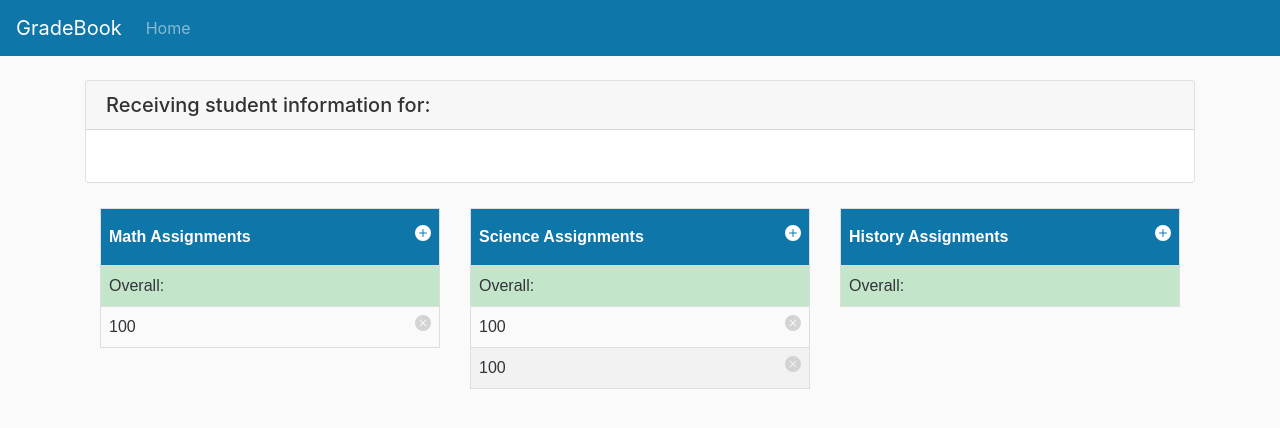
Repository: lamichhanemahesh/JUNIT-Mockito
Page: http://localhost/studentInformation
The author's editor kept a copy of each file at every save. The page is drawn from the files as they stood at one save, then again after the next save.
The browser window is 1280 px wide. The pictures show the whole page.
Some web libraries are served in a nearby version. The page is this project's Thymeleaf template; nobody is signed in. The template is opened directly, without the code that normally fills it, so the values that code supplies are empty.

Above is the page before, as saved 2023-06-10 08:54:35.

### 4.Testing Spring Boot MVC Web Apps/src/main/resources/templates/studentInformation.html
<!DOCTYPE html>
<html xmlns:th="http://www.thymeleaf.org">
<head>
<!-- Required meta tags -->
<meta charset="utf-8">
<meta name="viewport"
	content="width=device-width, initial-scale=1, shrink-to-fit=no">
<meta charset="ISO-8859-1">
<title>Grade Book App</title>

<link rel="stylesheet"
	href="https://maxcdn.bootstrapcdn.com/bootstrap/4.0.0/css/bootstrap.min.css"
	integrity="sha384-Gn5384xqQ1aoWXA+058RXPxPg6fy4IWvTNh0E263XmFcJlSAwiGgFAW/dAiS6JXm"
	crossorigin="anonymous">

<link rel="stylesheet" th:href="@{/cssandjs/main.css}" />
</head>
<body>
	<nav class="navbar navbar-expand-md navbar-dark main-color fixed-top">
		<a class="navbar-brand" href="/">GradeBook</a>
		<button class="navbar-toggler" type="button" data-toggle="collapse"
			data-target="#navbarNav" aria-controls="navbarNav"
			aria-expanded="false" aria-label="Toggle navigation">
			<span class="navbar-toggler-icon"></span>
		</button>
		<div class="collapse navbar-collapse" id="navbarNav">
			<ul class="navbar-nav">
				<li class="nav-item"><a class="nav-link" href="/">Home </a></li>
			</ul>
		</div>
	</nav>

	<div class="container">
		<div class="card">
			<h5 class="card-header">Receiving student information for:</h5>
			<div class="card-body">
				<h5 class="card-title">
					<span th:text="${student.fullName}"></span>
				</h5>
			</div>
		</div>


		<div class="container">
			<div class="row">
				<div class="col-4">
					<table class="students">
						<tr>
							<th>Math Assignments <svg xmlns="http://www.w3.org/2000/svg"
									width="16" height="16" fill="currentColor"
									class="bi bi-plus-circle-fill float-right pointer"
									viewBox="0 0 16 16" onclick="showOrHideGrade('math')">
                                <path
										d="M16 8A8 8 0 1 1 0 8a8 8 0 0 1 16 0zM8.5 4.5a.5.5 0 0 0-1 0v3h-3a.5.5 0 0 0 0 1h3v3a.5.5 0 0 0 1 0v-3h3a.5.5 0 0 0 0-1h-3v-3z" />
                            </svg>
							</th>
						</tr>
						<tr class="table-success">
							<td><span>Overall:</span> <span th:text="${mathAverage}"></span>
							</td>

						</tr>
						<tr th:each="grade : ${student.studentGrades.mathGradeResults}">

							<td><span th:text="${grade.grade}"></span> <span> <svg
										xmlns="http://www.w3.org/2000/svg" width="16" height="16"
										fill="currentColor"
										class="bi bi-x-circle-fill float-right pointer"
										style="color: #d3d3d3" viewBox="0 0 16 16"
										th:onclick="|deleteMathGrade('${grade.id}');|">
                      <path
											d="M16 8A8 8 0 1 1 0 8a8 8 0 0 1 16 0zM5.354 4.646a.5.5 0 1 0-.708.708L7.293 8l-2.647 2.646a.5.5 0 0 0 .708.708L8 8.707l2.646 2.647a.5.5 0 0 0 .708-.708L8.707 8l2.647-2.646a.5.5 0 0 0-.708-.708L8 7.293 5.354 4.646z" />
                    </svg></span></td>
						</tr>



						<tr>

							<td><span>100</span> <span> <svg
										xmlns="http://www.w3.org/2000/svg" width="16" height="16"
										fill="currentColor"
										class="bi bi-x-circle-fill float-right pointer"
										style="color: #d3d3d3" viewBox="0 0 16 16">
  <path
											d="M16 8A8 8 0 1 1 0 8a8 8 0 0 1 16 0zM5.354 4.646a.5.5 0 1 0-.708.708L7.293 8l-2.647 2.646a.5.5 0 0 0 .708.708L8 8.707l2.646 2.647a.5.5 0 0 0 .708-.708L8.707 8l2.647-2.646a.5.5 0 0 0-.708-.708L8 7.293 5.354 4.646z" />
</svg></span></td>
						</tr>
					</table>
					                <form id = "mathGrade" style="display: none;" method="post" action="/grades">
					                    <div class="form-group">
					                        <label for="grade">Grade</label>
					                       <input type="number" class="form-control" name="grade" placeholder="Enter grade" step="0.01" min="0" max="100">
					                        <small class="form-text text-muted">Enter student's grade.</small>

					                        <input type="number" class="form-control" name="studentId" th:value="${student.id}" style="display: none">

					                        <input type="text" class="form-control" name="gradeType" value="math" style="display: none">
					                    </div>
					                    <button type="submit" class="btn btn-color">Submit</button>
					                </form>



				</div>
				<div class="col-4">
					<table class="students">
						<tr>
							<th>Science Assignments <svg
									xmlns="http://www.w3.org/2000/svg" width="16" height="16"
									fill="currentColor"
									class="bi bi-plus-circle-fill float-right pointer"
									viewBox="0 0 16 16" onclick="showOrHideGrade('science')">
                                <path
										d="M16 8A8 8 0 1 1 0 8a8 8 0 0 1 16 0zM8.5 4.5a.5.5 0 0 0-1 0v3h-3a.5.5 0 0 0 0 1h3v3a.5.5 0 0 0 1 0v-3h3a.5.5 0 0 0 0-1h-3v-3z" />
                            </svg>
							</th>
						</tr>
						<tr class="table-success">
							                     <td><span>Overall:</span> <span th:text="${scienceAverage}"></span> </td>
						</tr>
						                   <tr th:each="grade : ${student.studentGrades.scienceGradeResults}">
						                       <td >
						                           <span th:text="${grade.grade}"></span>-->
						                            <span>	<svg xmlns="http://www.w3.org/2000/svg" width="16" height="16" fill="currentColor" class="bi bi-x-circle-fill float-right pointer" style="color: #d3d3d3" viewBox="0 0 16 16" th:onclick="|deleteScienceGrade('${grade.id}');|">
						  <path d="M16 8A8 8 0 1 1 0 8a8 8 0 0 1 16 0zM5.354 4.646a.5.5 0 1 0-.708.708L7.293 8l-2.647 2.646a.5.5 0 0 0 .708.708L8 8.707l2.646 2.647a.5.5 0 0 0 .708-.708L8.707 8l2.647-2.646a.5.5 0 0 0-.708-.708L8 7.293 5.354 4.646z"/>
						</svg></span>
						                        </td>
						                   </tr>

						<tr>

							<td><span>100</span> <span> <svg
										xmlns="http://www.w3.org/2000/svg" width="16" height="16"
										fill="currentColor"
										class="bi bi-x-circle-fill float-right pointer"
										style="color: #d3d3d3" viewBox="0 0 16 16">
  <path
											d="M16 8A8 8 0 1 1 0 8a8 8 0 0 1 16 0zM5.354 4.646a.5.5 0 1 0-.708.708L7.293 8l-2.647 2.646a.5.5 0 0 0 .708.708L8 8.707l2.646 2.647a.5.5 0 0 0 .708-.708L8.707 8l2.647-2.646a.5.5 0 0 0-.708-.708L8 7.293 5.354 4.646z" />
</svg></span></td>
						</tr>

						<tr>

							<td><span>100</span> <span> <svg
										xmlns="http://www.w3.org/2000/svg" width="16" height="16"
										fill="currentColor"
										class="bi bi-x-circle-fill float-right pointer"
										style="color: #d3d3d3" viewBox="0 0 16 16">
  <path
											d="M16 8A8 8 0 1 1 0 8a8 8 0 0 1 16 0zM5.354 4.646a.5.5 0 1 0-.708.708L7.293 8l-2.647 2.646a.5.5 0 0 0 .708.708L8 8.707l2.646 2.647a.5.5 0 0 0 .708-.708L8.707 8l2.647-2.646a.5.5 0 0 0-.708-.708L8 7.293 5.354 4.646z" />
</svg></span></td>
						</tr>
					</table>
					                <form id = "scienceGrade" style="display: none;"  method="post" action="/grades">
					                    <div class="form-group">
					                        <label for="grade">Grade</label>
					                        <input type="number" class="form-control" name="grade" placeholder="Enter grade" step="0.01" min="0" max="100">
					                        <small class="form-text text-muted">Enter student's grade.</small>

					                       <input type="number" class="form-control" name="studentId" th:value="${student.id}" style="display: none">

					                        <input type="text" class="form-control" name="gradeType" value="science" style="display: none">
					                    </div>
					                    <button type="submit" class="btn btn-color">Submit</button>
					               </form>


				</div>
				<div class="col-4">
					<table class="students">
						<tr>
							<th>History Assignments <svg
									xmlns="http://www.w3.org/2000/svg" width="16" height="16"
									fill="currentColor"
									class="bi bi-plus-circle-fill float-right pointer"
									viewBox="0 0 16 16" onclick="showOrHideGrade('history')">
                                <path
										d="M16 8A8 8 0 1 1 0 8a8 8 0 0 1 16 0zM8.5 4.5a.5.5 0 0 0-1 0v3h-3a.5.5 0 0 0 0 1h3v3a.5.5 0 0 0 1 0v-3h3a.5.5 0 0 0 0-1h-3v-3z" />
                            </svg>
							</th>
						</tr>
						<tr class="table-success">
							                        <td><span>Overall:</span> <span th:text="${historyAverage}"></span> </td>
						</tr>
						                   <tr th:each="grade : ${student.studentGrades.historyGradeResults}">
						                      <td >
						                            <span th:text="${grade.grade}"></span>
						                            <span>	<svg xmlns="http://www.w3.org/2000/svg" width="16" height="16" fill="currentColor" class="bi bi-x-circle-fill float-right pointer" style="color: #d3d3d3" viewBox="0 0 16 16" th:onclick="|deleteHistoryGrade('${grade.id}');|">
						  <path d="M16 8A8 8 0 1 1 0 8a8 8 0 0 1 16 0zM5.354 4.646a.5.5 0 1 0-.708.708L7.293 8l-2.647 2.646a.5.5 0 0 0 .708.708L8 8.707l2.646 2.647a.5.5 0 0 0 .708-.708L8.707 8l2.647-2.646a.5.5 0 0 0-.708-.708L8 7.293 5.354 4.646z"/>
						</svg></span>
						                      </td>
						                   </tr>


					</table>
					               <form id = "historyGrade" style="display: none;"  method="post" action="/grades">
					                   <div class="form-group">
					                        <label for="grade">Grade</label>
					                        <input type="number" class="form-control" name="grade" placeholder="Enter grade" step="0.01" min="0" max="100">
					                        <small class="form-text text-muted">Enter student's grade.</small>

					                        <input type="number" class="form-control" name="studentId" th:value="${student.id}" style="display: none">

					                        <input type="text" class="form-control" name="gradeType" value="history" style="display: none">
					                    </div>
					                    <button type="submit" class="btn btn-color">Submit</button>
					                </form>
				</div>
			</div>
		</div>


	</div>

	<script src="https://code.jquery.com/jquery-3.2.1.slim.min.js"
		integrity="sha384-KJ3o2DKtIkvYIK3UENzmM7KCkRr/rE9/Qpg6aAZGJwFDMVNA/GpGFF93hXpG5KkN"
		crossorigin="anonymous"></script>
	<script
		src="https://cdnjs.cloudflare.com/ajax/libs/popper.js/1.12.9/umd/popper.min.js"
		integrity="sha384-ApNbgh9B+Y1QKtv3Rn7W3mgPxhU9K/ScQsAP7hUibX39j7fakFPskvXusvfa0b4Q"
		crossorigin="anonymous"></script>
	<script
		src="https://maxcdn.bootstrapcdn.com/bootstrap/4.0.0/js/bootstrap.min.js"
		integrity="sha384-JZR6Spejh4U02d8jOt6vLEHfe/JQGiRRSQQxSfFWpi1MquVdAyjUar5+76PVCmYl"
		crossorigin="anonymous"></script>
	<script type="text/javascript" th:src="@{/cssandjs/js/main.js}"></script>
</body>
</html>

### 4.Testing Spring Boot MVC Web Apps/src/main/resources/static/cssandjs/main.css
.students {
  font-family: Arial;
  border-collapse: collapse;
  width: 100%;
  margin-top: 25px;
}

.students td, .students th {
  border: 1px solid #ddd;
  padding: 8px;
}

.students tr:nth-child(even){background-color: #f2f2f2;}

.students tr:hover {background-color: #ddd;}

.students th {
  padding-top: 16px;
  padding-bottom: 16px;
  text-align: left;
  background-color: #0e76a8;
  color: white;
}

body {
  background: #fafafa;
  color: #33333a;
  margin-top: 5rem;
}

h1, h2, h3, h4, h5, h6 {
  color: #323232;
}

.main-color {
  background-color: #0e76a8 ;
}

.pointer {
cursor: pointer;
}

.btn-color {
  background-color: #0e76a8 ;
  color: white;
}

.hide {
display: none;
}

.form {
margin: 10px;
}

### 4.Testing Spring Boot MVC Web Apps/src/main/resources/static/cssandjs/js/main.js
  function showOrHideGrade(gradeType) {
        if (gradeType === "math") {
              var x = document.getElementById("mathGrade");
              if (x.style.display === "none") {
                x.style.display = "block";
              } else {
                x.style.display = "none";
              }
        }
        if (gradeType === "science") {
             var x = document.getElementById("scienceGrade");
             if (x.style.display === "none") {
                 x.style.display = "block";
            } else {
                x.style.display = "none";
            }
          }
        if (gradeType === "history") {
             var x = document.getElementById("historyGrade");
             if (x.style.display === "none") {
                 x.style.display = "block";
            } else {
                x.style.display = "none";
            }
          }
    }

    function deleteStudent(id) {
    window.location.href = "/delete/student/" + id;
    }

    function deleteMathGrade(id) {
    window.location.href = "/grades/" + id + "/" + "math";
    }

    function deleteScienceGrade(id) {
    window.location.href = "/grades/" + id + "/" + "science";
    }

    function deleteHistoryGrade(id) {
    window.location.href = "/grades/" + id + "/" + "history";
    }

    function studentInfo(id) {
        window.location.href = "/studentInformation/" + id;
    }

After the next save:
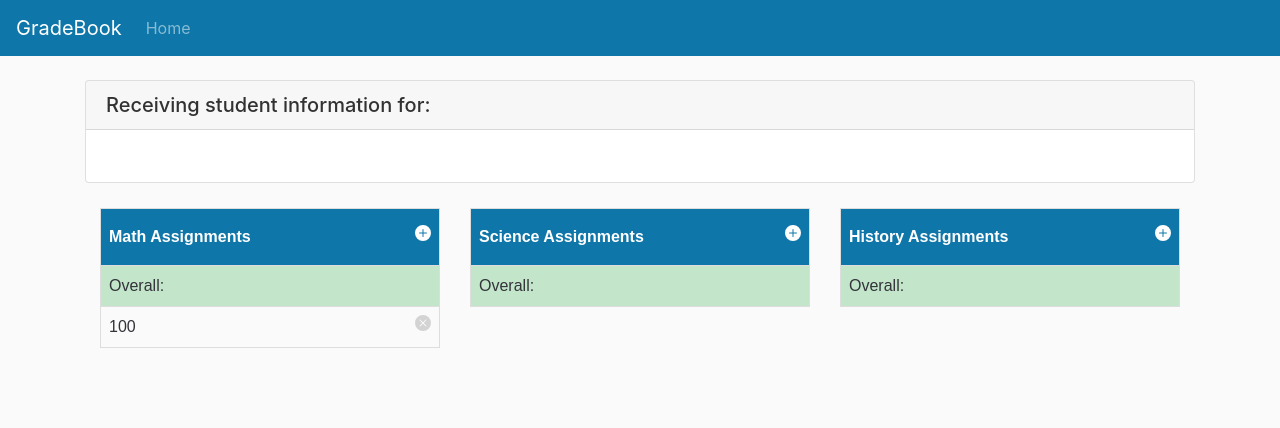
Saved 23 s later.
--- a/4.Testing Spring Boot MVC Web Apps/src/main/resources/templates/studentInformation.html
+++ b/4.Testing Spring Boot MVC Web Apps/src/main/resources/templates/studentInformation.html
@@ -127,30 +127,6 @@
 						</svg></span>
 						                        </td>
 						                   </tr>
-
-						<tr>
-
-							<td><span>100</span> <span> <svg
-										xmlns="http://www.w3.org/2000/svg" width="16" height="16"
-										fill="currentColor"
-										class="bi bi-x-circle-fill float-right pointer"
-										style="color: #d3d3d3" viewBox="0 0 16 16">
-  <path
-											d="M16 8A8 8 0 1 1 0 8a8 8 0 0 1 16 0zM5.354 4.646a.5.5 0 1 0-.708.708L7.293 8l-2.647 2.646a.5.5 0 0 0 .708.708L8 8.707l2.646 2.647a.5.5 0 0 0 .708-.708L8.707 8l2.647-2.646a.5.5 0 0 0-.708-.708L8 7.293 5.354 4.646z" />
-</svg></span></td>
-						</tr>
-
-						<tr>
-
-							<td><span>100</span> <span> <svg
-										xmlns="http://www.w3.org/2000/svg" width="16" height="16"
-										fill="currentColor"
-										class="bi bi-x-circle-fill float-right pointer"
-										style="color: #d3d3d3" viewBox="0 0 16 16">
-  <path
-											d="M16 8A8 8 0 1 1 0 8a8 8 0 0 1 16 0zM5.354 4.646a.5.5 0 1 0-.708.708L7.293 8l-2.647 2.646a.5.5 0 0 0 .708.708L8 8.707l2.646 2.647a.5.5 0 0 0 .708-.708L8.707 8l2.647-2.646a.5.5 0 0 0-.708-.708L8 7.293 5.354 4.646z" />
-</svg></span></td>
-						</tr>
 					</table>
 					                <form id = "scienceGrade" style="display: none;"  method="post" action="/grades">
 					                    <div class="form-group">
